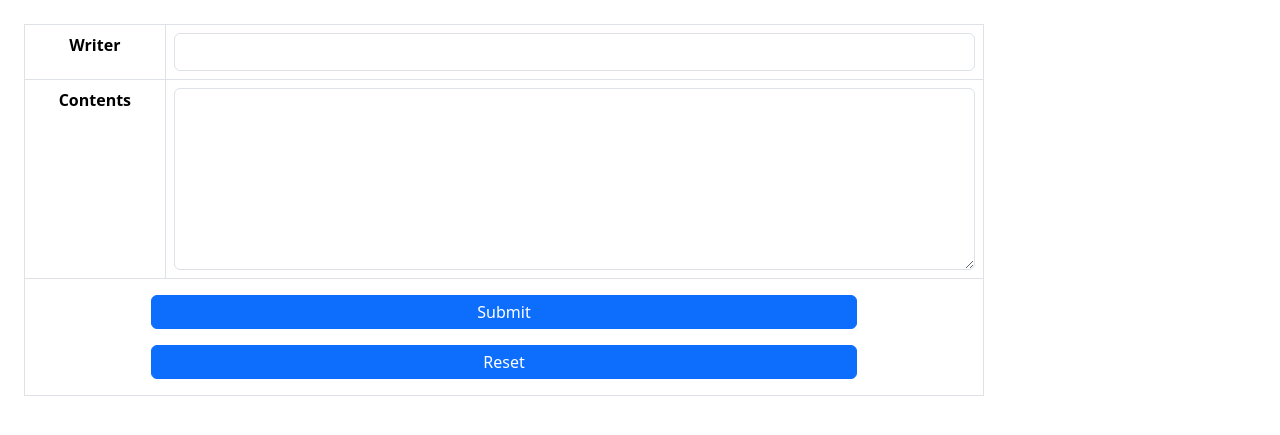
Repository: tomaters/servlets-JSP
Page: jsptest/src/main/webapp/bbs/write2.html
An editor plug-in stored every save of this project. The page is shown before and after the next save, followed by the edit.
The browser window is 1280 px wide. The pictures show the whole page.

Above is the page before, as saved 2023-11-29 05:57:49.

### jsptest/src/main/webapp/bbs/write2.html
<!DOCTYPE html>
<html>
<head>
<meta charset="UTF-8">
<title>Insert title here</title>
 <!-- import Bootstrap -->
    <link href="https://cdn.jsdelivr.net/npm/bootstrap@5.3.2/dist/css/bootstrap.min.css" rel="stylesheet">
    <script src="https://cdn.jsdelivr.net/npm/bootstrap@5.3.2/dist/js/bootstrap.bundle.min.js"></script>
</head>
<body>
<form method="post" action="/jsptest/visit">
      <table align="center" class="table text-center table-bordered table-hover bg-light p-2 m-4 w-75">
        <tr class="w-100">
            <th class="text-center">Writer</th>
        		<td>
        			<input type="text" name="writer" class="form-control">
        		</td>
        	</tr>
        <tr>
        	<th class="text-center">Contents</th>
        	<td>
          		<textarea rows="7" cols="50" name="memo" class="form-control"></textarea>
         	</td>
        </tr>
        <tr>
         <td colspan="2" align="center">
           <input type="submit" class="btn btn-primary w-75 p-1 m-2" value="Submit">
           <input type="reset" class="btn btn-primary w-75 p-1 m-2" value="Reset">
         </td>
         </tr>
    </table>
    </form>
</body>
</html>

After the next save:
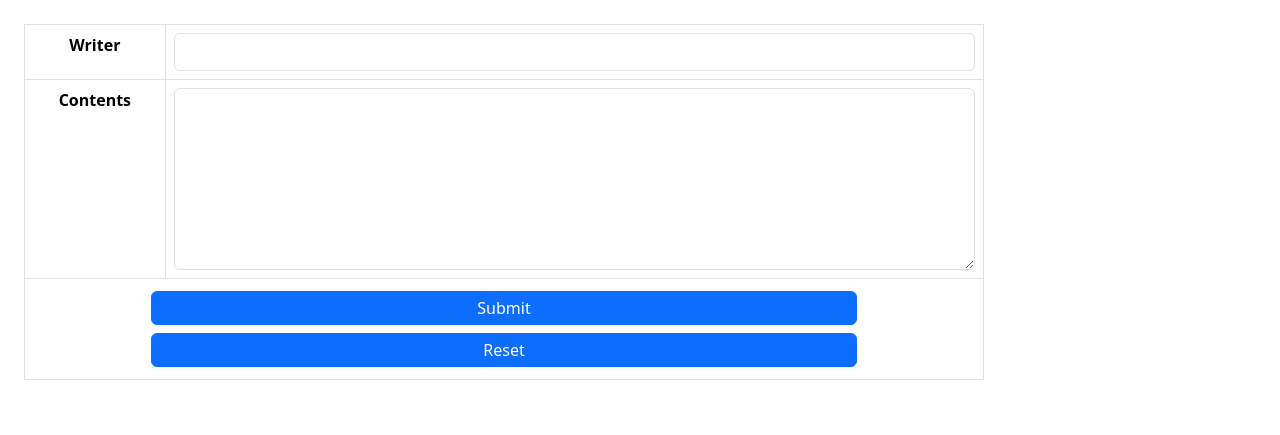
Saved 26 s later.
--- a/jsptest/src/main/webapp/bbs/write2.html
+++ b/jsptest/src/main/webapp/bbs/write2.html
@@ -9,7 +9,7 @@
 </head>
 <body>
 <form method="post" action="/jsptest/visit">
-      <table align="center" class="table text-center table-bordered table-hover bg-light p-2 m-4 w-75">
+      <table align="center" class="table text-center table-bordered table-hover bg-dark p-2 m-4 w-75">
         <tr class="w-100">
             <th class="text-center">Writer</th>
         		<td>
@@ -24,8 +24,8 @@
         </tr>
         <tr>
          <td colspan="2" align="center">
-           <input type="submit" class="btn btn-primary w-75 p-1 m-2" value="Submit">
-           <input type="reset" class="btn btn-primary w-75 p-1 m-2" value="Reset">
+           <input type="submit" class="btn btn-primary w-75 p-1 m-1" value="Submit">
+           <input type="reset" class="btn btn-primary w-75 p-1 m-1" value="Reset">
          </td>
          </tr>
     </table>
